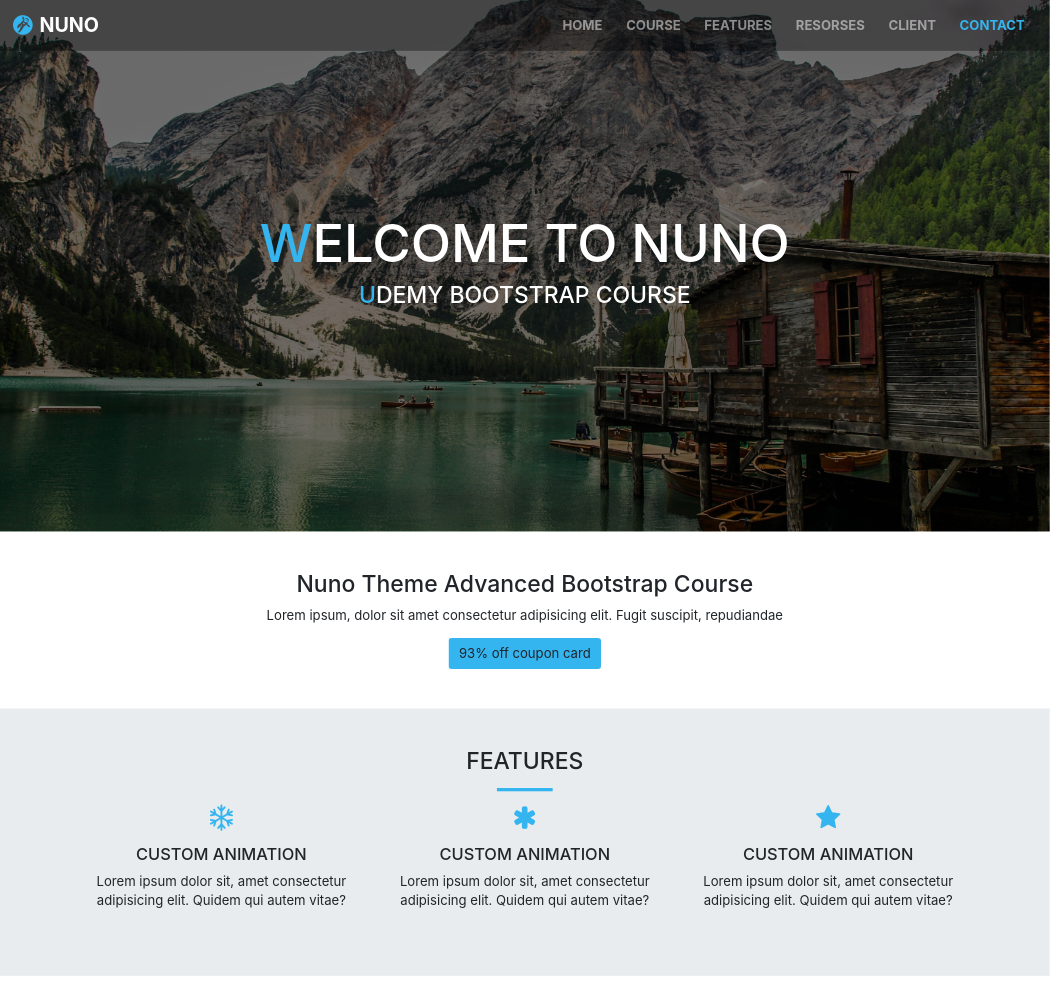
Repository: Mietlicha/bootstrap_template_exercise
Page: index.html
These files come from the project's save history. The page is drawn as it stood at one moment and after the next save; the edit follows.
The browser window is 1280 px wide. The pictures show the whole page, at 82% of full size.

Above is the page before, as saved 2019-11-19 21:17:09.

After the next save:
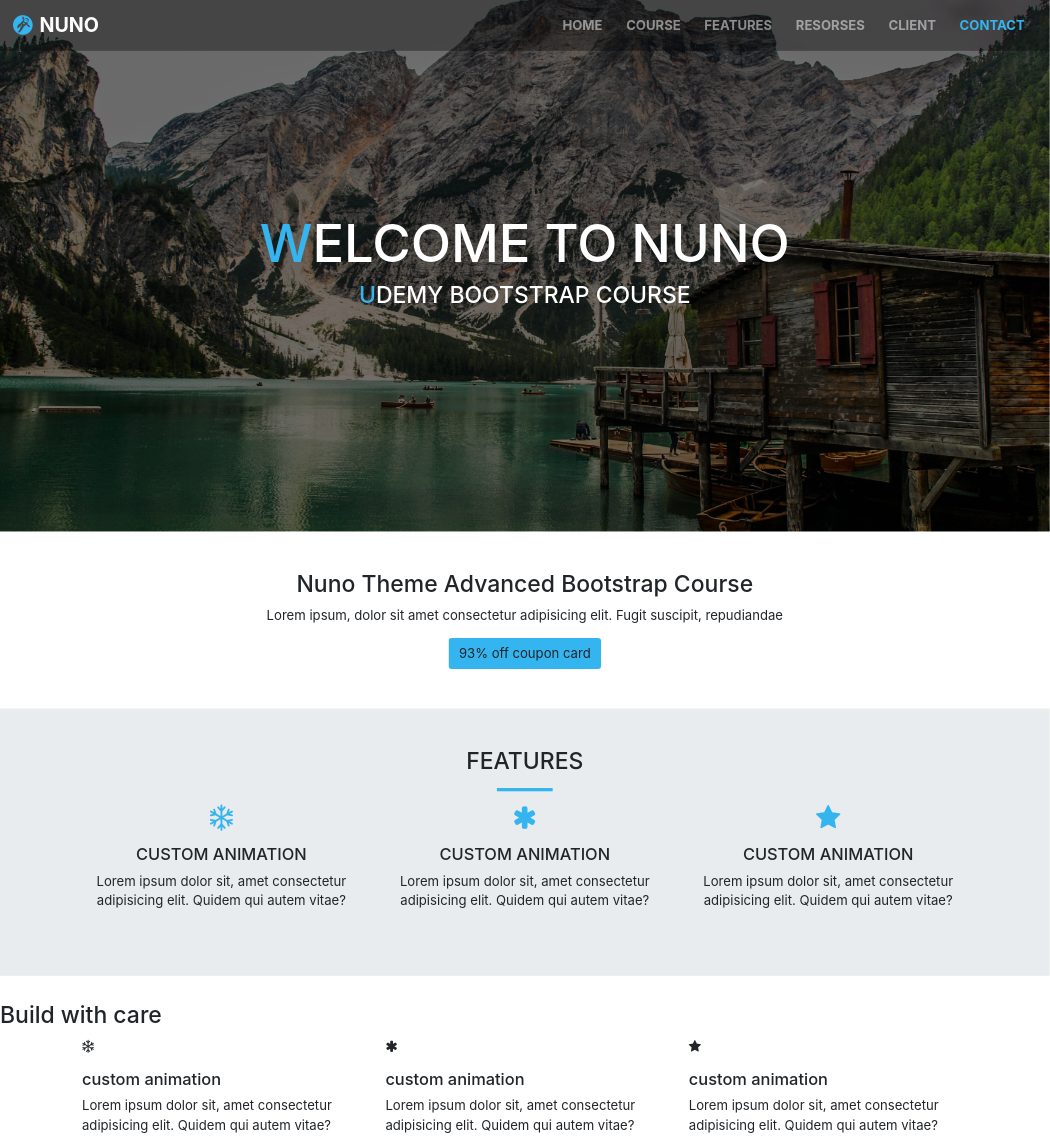
Saved 9 min 54 s later.
--- a/index.html
+++ b/index.html
@@ -33,7 +33,7 @@
                     <a class="nav-link" href="#feature">Features</a>
                 </li>
                 <li class="nav-item">
-                    <a class="nav-link" href="#resourses">Resorses</a>
+                    <a class="nav-link" href="#resources">Resorses</a>
                 </li>
                 <li class="nav-item">
                     <a class="nav-link" href="#client">Client</a>
@@ -47,7 +47,7 @@
 <main>
     <!--------------------home-------------------->
     <section id="home">
-        <div class="home--landing-page fixed-background">
+        <div class="home--landing-page">
         </div>
         <div class="home--caption">
             <h1>Welcome to Nuno</h1>
@@ -87,8 +87,25 @@
                   </div>
     </section>
     <!--------------------Resourses-------------------->
-    <section id="resourses">
-
+    <section id="resources">
+                <header><h3>Build with care</h3></header>
+                <div class="container d-sm-flex">
+                    <div class="feature-item col-md-4">
+                        <i class="fa fa-snowflake-o" aria-hidden="true"></i>
+                        <h5 class="pt-3">custom animation</h5>
+                        <p>Lorem ipsum dolor sit, amet consectetur adipisicing elit. Quidem qui autem vitae?</p>
+                    </div>
+                    <div class="feature-item col-sm-4">
+                            <i class="fa fa-asterisk" aria-hidden="true"></i>
+                            <h5 class="pt-3">custom animation</h5>
+                            <p>Lorem ipsum dolor sit, amet consectetur adipisicing elit. Quidem qui autem vitae?</p>
+                    </div>
+                    <div class="feature-item col-sm-4">
+                            <i class="fa fa-star" aria-hidden="true"></i>
+                            <h5 class="pt-3">custom animation</h5>
+                            <p>Lorem ipsum dolor sit, amet consectetur adipisicing elit. Quidem qui autem vitae?</p>
+                    </div>
+                </div>
     </section>
     <!--------------------Client-------------------->
     <section id="client">
